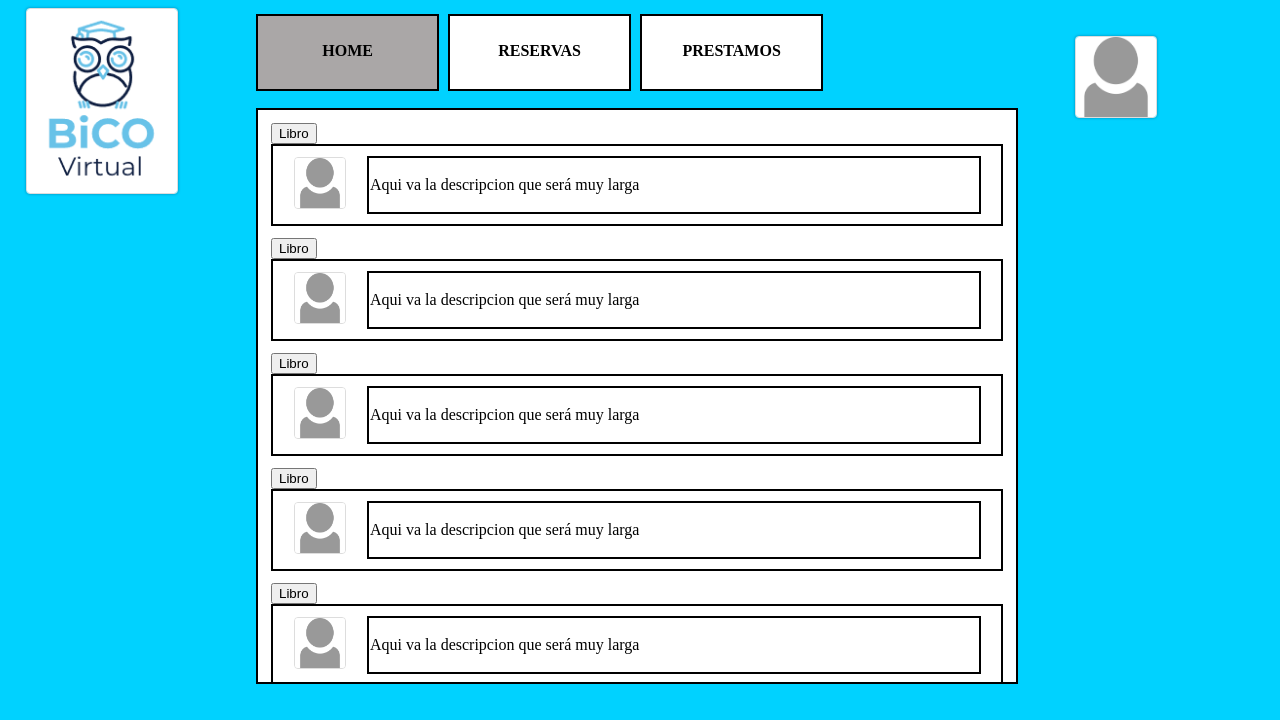
Repository: i72frpeu/IW_Bien
Page: http://localhost/Trabajo_IW/Home (Admin).jsp
An editor plug-in stored every save of this project. The page is shown before and after the next save, followed by the edit.
The browser window is 1280 px wide. The pictures show the whole page.
An inner scrolling area shows only its first screen. The page is served by Tomcat 9.

Above is the page before, as saved 2020-05-16 17:28:49.

After the next save:
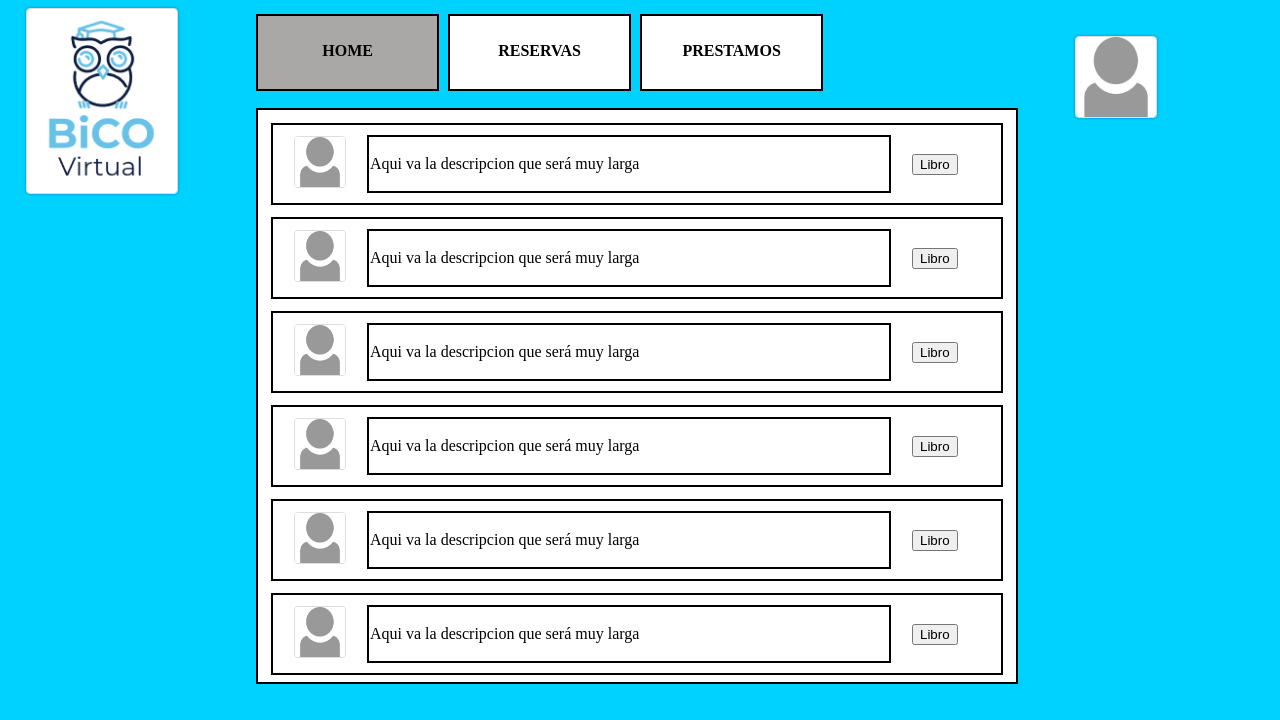
Saved 27 s later.
--- a/WorkSpace/Trabajo IW/WebContent/Home (Admin).jsp
+++ b/WorkSpace/Trabajo IW/WebContent/Home (Admin).jsp
@@ -24,7 +24,7 @@
                   <tr>
                     <td class="td_user_img"><a href=""><img src="img/profile-42914_960_720.png" alt="IMG_USER" class="img_user_2"></a></td>
                     <td class="td_user_des">Aqui va la descripcion que será muy larga</td>
-                    <a href="mvc/control/eventControl.jsp"><button name="foro" class="boton_user">Libro</button></a>
+                    <td> <a href="mvc/control/eventControl.jsp"><button name="foro" class="boton_user">Libro</button></a><td>
                   </tr>
                 </table>
           </td>
